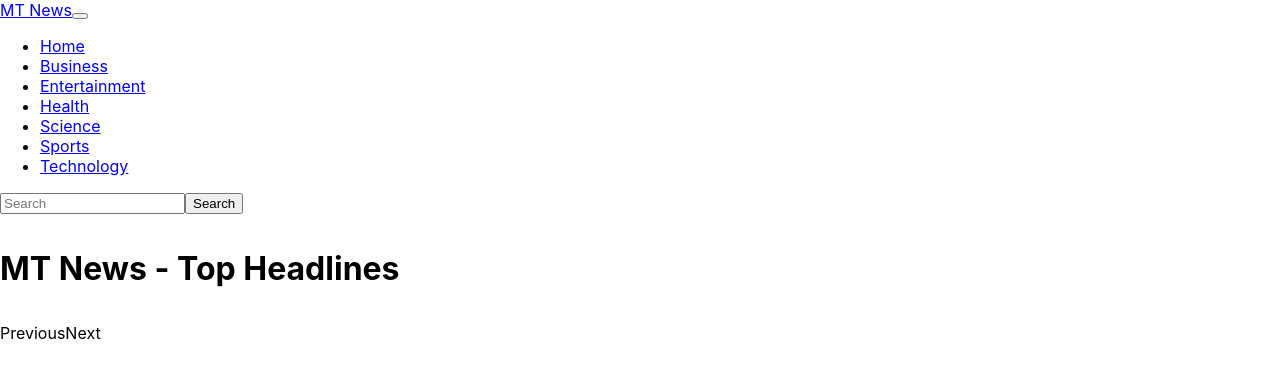
Repository: professorsourabh/news_website_using-ReactJS
Page: /
These files come from the project's save history. The page is drawn as it stood at one moment and after a run of saves; the edit follows.
The browser window is 1280 px wide. The pictures show the whole page.
The page's requests for data from a server got no answer. The project was rebuilt for these pictures with package versions that can differ from the ones it lists, and the page was loaded fresh each time. No one was signed in, and anything a server would have sent is missing. Also part of the build but not shown: src/Components/NewsaItem.js.

Above is the page before, as saved 2023-05-26 11:44:22.

### src/index.js
import React from 'react';
import ReactDOM from 'react-dom/client';
import './index.css';
import App from './App';
import reportWebVitals from './reportWebVitals';
import { BrowserRouter , Route, Routes } from 'react-router-dom';
const root = ReactDOM.createRoot(document.getElementById('root'));
root.render(
  <React.StrictMode>

    <App />

  </React.StrictMode>
);

// If you want to start measuring performance in your app, pass a function
// to log results (for example: reportWebVitals(console.log))
// or send to an analytics endpoint. Learn more: https://bit.ly/CRA-vitals
reportWebVitals();

### src/App.js
// App.js
import React, { Component } from 'react';
import { BrowserRouter as Router, Route, Routes } from 'react-router-dom';
import NavBar from './Components/NavBar';
import News from './Components/News';

export default class App extends Component {
  render() {
    return (
      <Router>
        <div>
          <NavBar />

          <Routes>
            <Route path="/" element={<News category="general"/>} />
            <Route path="/business" element={<News category="business" />} />
            <Route path="/news/Entertainment" element={<News category="entertainment" />} />
            <Route path="/health" element={<News category="health" />} />
            <Route path="/science" element={<News category="science" />} />
            <Route path="/sports" element={<News category="sports" />} />
            <Route path="/technology" element={<News category="technology" />} />
          </Routes>
        </div>
      </Router>
    );
  }
}

### src/Components/NavBar.js
// NavBar.js
import React, { Component } from 'react';
import { Link } from 'react-router-dom';

export class NavBar extends Component {
  render() {
    return (
      <div>
        <nav className="navbar navbar-expand-md bg-body-dark bg-dark text-center">
          <div className="container-fluid">
            <Link className="navbar-brand text-light" to="/">
              MT News
            </Link>
            <button
              className="navbar-toggler"
              type="button"
              data-bs-toggle="collapse"
              data-bs-target="#navbarSupportedContent"
              aria-controls="navbarSupportedContent"
              aria-expanded="false"
              aria-label="Toggle navigation"
            >
              <span className="navbar-toggler-icon"></span>
            </button>

            <div className="collapse navbar-collapse" id="navbarSupportedContent">
              <ul className="navbar-nav me-auto mb-2 mb-lg-0">
                <li className="nav-item">
                  <Link className="nav-link text-light" to="/">
                    Home
                  </Link>
                </li>

                <li className="nav-item">
                  <Link className="nav-link text-light" to="/business">
                    Business
                  </Link>
                </li>
                <li className="nav-item">
                  <Link className="nav-link text-light" to="/news/Entertainment">
                    Entertainment
                  </Link>
                </li>
                <li className="nav-item">
                  <Link className="nav-link text-light" to="/health">
                    Health
                  </Link>
                </li>
                <li className="nav-item">
                  <Link className="nav-link text-light" to="/science">
                    Science
                  </Link>
                </li>
                <li className="nav-item">
                  <Link className="nav-link text-light" to="/sports">
                    Sports
                  </Link>
                </li>
                <li className="nav-item">
                  <Link className="nav-link text-light" to="/technology">
                    Technology
                  </Link>
                </li>
              </ul>

              <form className="d-flex" role="search">
                <input className="form-control me-2" type="search" placeholder="Search" aria-label="Search" />
                <button className="btn btn-outline-success" type="submit">
                  Search
                </button>
              </form>
            </div>
          </div>
        </nav>
      </div>
    );
  }
}

export default NavBar;

### src/Components/News.js
// News.js
import React, { Component } from 'react';
import NewsaItem from './NewsaItem';
import Spinner from './Spinner';
import PropTypes from 'prop-types';

export class News extends Component {
  static defaultProps = {
    country: 'in',
    category: 'general',
  };

  static propTypes = {
    country: PropTypes.string,
    category: PropTypes.string,
  };

  constructor(props) {
    super(props);
    this.state = {
      articles: [],
      loading: false,
      page:1
    };
  }

  async componentDidMount() {
    await this.fetchArticles();
  }

  async componentDidUpdate(prevProps) {
    if (prevProps.category !== this.props.category) {
      await this.fetchArticles();
    }
  }

  fetchArticles = async () => {
    const { country, category } = this.props;
    const apiKey = '6de024851937497c9017d3f0f0e104a4'; // Replace with your NewsAPI API key
    const page=1;
    try {
      this.setState({ loading: true });
      const url = `https://newsapi.org/v2/top-headlines?country=${country}&category=${category}&apiKey=${apiKey}&page=${page}`;
      const response = await fetch(url);
      const data = await response.json();
      this.setState({ articles: data.articles, loading: false });
    } catch (error) {
      console.error('Error fetching articles:', error);
      this.setState({ loading: false });
    }
  };

  render() {
    const { articles, loading } = this.state;

    return (
      <div className="container my-3">
        <h1 className="text-center" style={{ margin: '35px 0px' }}>
          MT News - Top Headlines
        </h1>

        {loading ? (
          <Spinner />
        ) : (
          <div className="row">
            {articles.map((article) => (
              <div className="col-md-4" key={article.url}>
                <NewsaItem
                  title={article.title ? article.title : ''}
                  description={article.description ? article.description.slice(0, 88) : ''}
                  imageUrl={
                    article.urlToImage ||
                    'https://img.etimg.com/thumb/msid-100188906,width-1070,height-580,imgsize-113958,overlay-etmarkets/photo.jpg'
                  }
                  newsUrl={article.url}
                />
              </div>
            ))}
          </div>

        )}
        <div className="container d-flex justify-content-between">
            <a type="button" className="btn btn-primary "> Previous</a>
            <a type="button" className="btn btn-primary">Next</a>
            </div>
      </div>
    );
  }
}

export default News;

### src/Components/Spinner.js
import React, { Component } from 'react'
import loading from './loading.gif'
export class Spinner extends Component {
  render() {
    return (
      <div className='d-flex justify-content-center text-center align-items-center'>
        <img src={loading} alt="loading"/>
      </div>
    )
  }
}

export default Spinner

Loaded but not shown: src/index.css (common file); src/reportWebVitals.js (common file)

After the next 3 saves:
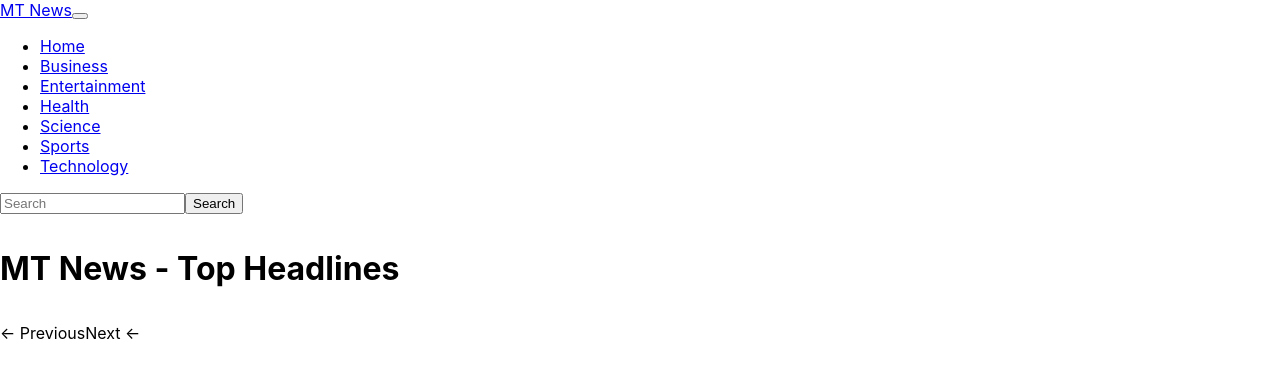
The 3 saves are shown as one change because 2 did not build or start.
The last was saved 2 min 52 s later.
--- a/src/Components/News.js
+++ b/src/Components/News.js
@@ -80,8 +80,8 @@ export class News extends Component {
 
         )}
         <div className="container d-flex justify-content-between">
-            <a type="button" className="btn btn-primary "> Previous</a>
-            <a type="button" className="btn btn-primary">Next</a>
+            <a type="button" className="btn btn-primary" >&larr; Previous</a>
+            <a type="button" className="btn btn-primary">Next &larr;</a>
             </div>
       </div>
     );
